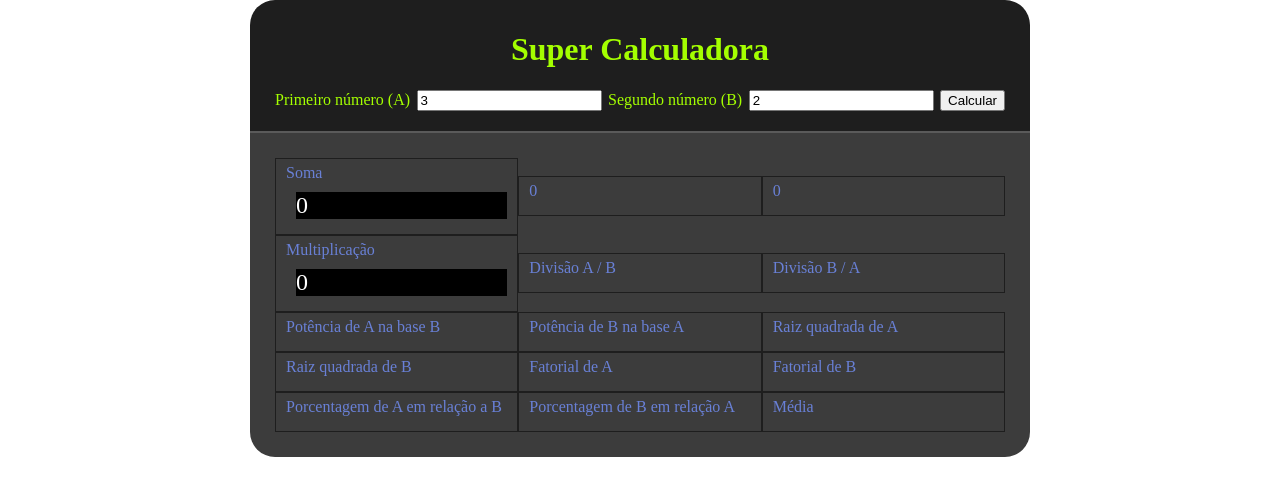
Repository: rrresck/supercalc-xpe
Page: index.html
The author's editor kept a copy of each file at every save. The page is drawn from the files as they stood at one save, then again after the next save.
The browser window is 1280 px wide. The pictures show the whole page.

Above is the page before, as saved 2023-02-10 20:59:01.
Console error: TypeError: Cannot set properties of null (setting 'innerHTML')

### index.html
<!DOCTYPE html>
<html lang="en">
<head>
    <meta charset="UTF-8">
    <meta http-equiv="X-UA-Compatible" content="IE=edge">
    <meta name="viewport" content="width=device-width, initial-scale=1.0">
    <title>Super Calculadora - Projeto 2 - XP Educação</title>
    <link rel="stylesheet" href="styles.css">
    </head>
<body>
    <header>
        <h1>Super Calculadora</h1>
        <div class="flex inputNumbers">
            <label for="firstNumber">Primeiro número (A)</label>
            <input type="number" name="firstNumber" id="firstNumber" value="3">
            <label for="secondNumber">Segundo número (B)</label>
            <input type="number" name="secondNumber" id="secondNumber" value="2">
            <button id="#calculateButton"> Calcular </button>
        </div>
    </header>
    <main>
        <div class="flex">
            <div class="calculus">
                <p id="sumLabel">Soma</p>
                <p class="result" id="sum"></p>
            </div>
            <div class="calculus">
                <p id="subtractALabel">Subtração A - B</p>
                <p class="result" id="subtractA"></p>
            </div>
            <div class="calculus">
                <p id="subtractBLabel">Subtração B - A</p>
                <p class="result" id="subtractB"></p>
            </div>
        </div>
        <div class="flex">
            <div class="calculus">
                <p id="multiplicationLabel">Multiplicação</p>
                <p class="result" id="multiplication"></p>
            </div>
            <div class="calculus">
                <p id="divisionALabel">Divisão A / B</p>
                <p class="result" id="divisionARes"></p>
            </div>
            <div class="calculus">
                <p id="divisionB">Divisão B / A</p>
                <p class="result" id="divisionBRes"></p>
            </div>
        </div>
        <div class="flex">
            <div class="calculus">
                <p id="powerALabel">Potência de A na base B</p>
                <p class="result" id="powerARes"></p>
            </div>
            <div class="calculus">
                <p id="powerBLabel">Potência de B na base A</p>
                <p class="result" id="powerBRes"></p>
            </div>
            <div class="calculus">
                <p id="squareALabel">Raiz quadrada de A</p>
                <p class="result" id="squareARes"></p>
            </div>
        </div>
        <div class="flex">
            <div class="calculus">
                <p id="squareBLabel">Raiz quadrada de B</p>
                <p class="result" id="squareBRes"></p>
            </div>
            <div class="calculus">
                <p id="factorialALabel">Fatorial de A</p>
                <p class="result" id="factorialARes"></p>
            </div>
            <div class="calculus">
                <p id="factorialBLabel">Fatorial de B</p>
                <p class="result" id="factorialBRes"></p>
            </div>
        </div>
        <div class="flex">
            <div class="calculus">
                <p id="percentageALabel">Porcentagem de A em relação a B</p>
                <p class="result" id="percentageARes"></p>
            </div>
            <div class="calculus">
                <p id="percentageBLabel">Porcentagem de B em relação A</p>
                <p class="result" id="percentageBRes"></p>
            </div>
            <div class="calculus">
                <p id="averageLabel">Média</p>
                <p class="result" id="averageRes"></p>
            </div>
        </div>
    </main>

    <script src="app.js"></script>
</body>
</html>

### styles.css
body {
    max-width: 780px;
    margin: auto;
    border-radius: 25px;
}

header {
    background-color: rgb(30, 30, 30);
    padding: 10px 25px 20px;
    border-top-left-radius: 25px;
    border-top-right-radius: 25px;
    border-bottom: 2px solid rgb(90, 90, 90);
}

.inputNumbers {
    display: flex;
    align-items: center;

}

main {
    background-color: rgb(60, 60, 60);
    padding: 25px;
    border-bottom-left-radius: 25px;
    border-bottom-right-radius: 25px;
    display: flex;
    flex-direction: column;
    justify-content: center;
}

h1 {
    text-align: center;
    color: #a4ff00;
}

label {
    color: #a4ff00;
}

p {
    color: #6980d6;
    margin: 0;
}

#calculateButton {
    background-color: #a4ff00;
    padding: 5px;
    border: none;
    border-radius: 5px;
}

.flex {
    display: flex;
    flex-flow: row nowrap;
    justify-content: space-between;
    align-items: center;
}

.calculus {
    width: 240px;
    border: 1px solid rgb(30, 30, 30);
    padding: 5px 0 5px 10px;
}

.result {
    margin: 10px;
    color: white;
    font-size: 1.5em;
    background-color: black;
}

### app.js
let sumRes = document.getElementById("sum");
let subtractARes = document.getElementById("subtractALabel");
let subtractBRes = document.getElementById("subtractBLabel");
let multiplicationRes = document.getElementById("multiplication");
let divisionARes = document.getElementById("divisionA");
let divisionBRes = document.getElementById("divisionB");
let powerARes = document.getElementById("powerA");
let powerBRes = document.getElementById("powerB");
let squareARes = document.getElementById("squareA");
let squareBRes = document.getElementById("squareB");
let factorialARes = document.getElementById("factorialA");
let factorialBRes = document.getElementById("factorialB");
let percentageARes = document.getElementById("percentageA");
let percentageBRes = document.getElementById("percentageB");
let averageRes = document.getElementById("average");

sumRes.innerHTML = 0;
subtractARes.innerHTML = 0;
subtractBRes.innerHTML = 0;
multiplicationRes.innerHTML = 0;
divisionARes.innerHTML = 0;
divisionBRes.innerHTML = 0;
powerARes.innerHTML = 0;
powerBRes.innerHTML = 0;
squareARes.innerHTML = 0;
squareBRes.innerHTML = 0;
factorialARes.innerHTML = 0;
factorialBRes.innerHTML = 0;
percentageARes.innerHTML = 0;
percentageBRes.innerHTML = 0;
averageRes.innerHTML = 0;

const sum = (a, b) => {
    sumRes.innerHTML = a + b;
}

const subtraction = (a, b) => {
    subtractARes.innerHTML = a - b;
    subtractBRes.innerHTML = b - a;
}

const multiplication = (a, b) => {
    multiplicationRes.innerHTML = a * b;
}

const division = (a, b) => {
    divisionARes.innerHTML = (a / b).toFixed(2);
    divisionBRes.innerHTML = (b / a).toFixed(2);
}

const power = (a, b) => {
    powerARes.innerHTML = Math.pow(a, b);
    powerBRes.innerHTML = Math.pow(b, a);
}

const squareRoot = (a, b) => {
    squareARes.innerHTML = Math.sqrt(a).toFixed(2);
    squareBRes.innerHTML = Math.sqrt(b).toFixed(2);
}

const factorial = (a, b) => {
    if (a < 19) {
        let factorialAvalue = 1;

        for (var i = a; i > 1; i--) {
            factorialAvalue *= i;
            console.log('factorialAvalue', factorialAvalue)
        }
        factorialARes.innerHTML = factorialAvalue;
    } else {
        factorialARes = 'Valor MUITO grande';
    };

    if (b < 19) {
        let factorialBvalue = 1;

        for (var i = b; i > 1; i--) {
            factorialBvalue *= i;
            console.log('factorialBvalue', factorialBvalue)
        }
        factorialBRes.innerHTML = factorialBvalue;
    } else {
        factorialBRes = 'Valor MUITO grande';
    };
}

const percentage = (a, b) => {
    percentageARes.innerHTML = ((b * 100)/a).toFixed(0) +'%';
    percentageBRes.innerHTML = ((a * 100)/b).toFixed(0) +'%';
}

const average = (a, b) => {
    averageRes.innerHTML = (a + b)/2;
}

const calculate = () => {
    let aInput = document.getElementById("firstNumber").value;
    let bInput = document.getElementById("secondNumber").value;

    let a = parseInt(aInput);
    let b = parseInt(bInput);

    sum(a, b);
    subtraction(a, b);
    multiplication(a, b);
    division(a, b);
    power(a, b);
    squareRoot(a, b);
    factorial(a, b);
    percentage(a, b);
    average(a, b);
}

After the next save:
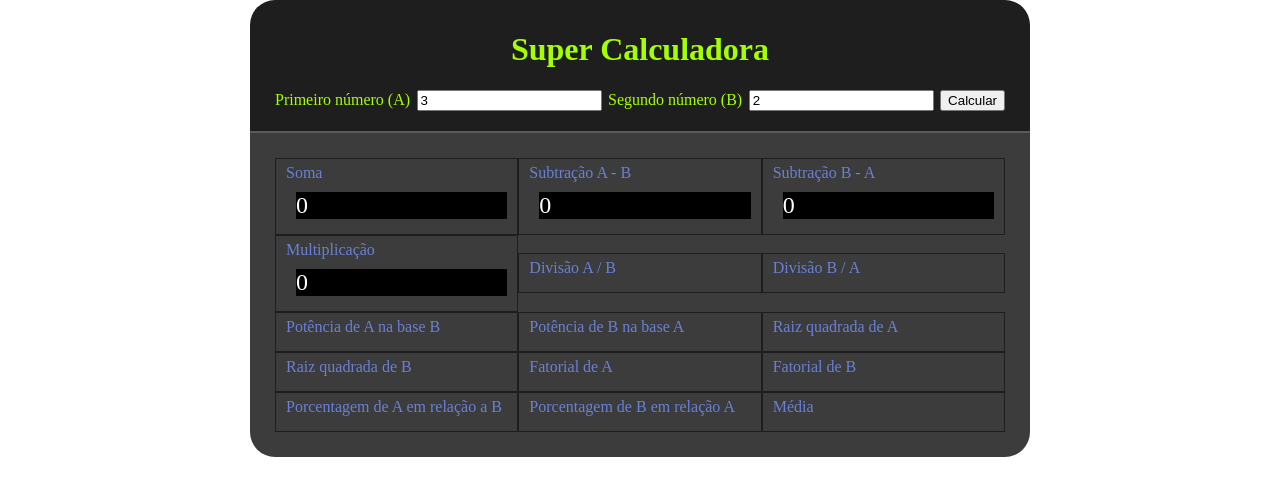
Saved 73 s later.
--- a/app.js
+++ b/app.js
@@ -1,6 +1,6 @@
 let sumRes = document.getElementById("sum");
-let subtractARes = document.getElementById("subtractALabel");
-let subtractBRes = document.getElementById("subtractBLabel");
+let subtractARes = document.getElementById("subtractA");
+let subtractBRes = document.getElementById("subtractB");
 let multiplicationRes = document.getElementById("multiplication");
 let divisionARes = document.getElementById("divisionA");
 let divisionBRes = document.getElementById("divisionB");
